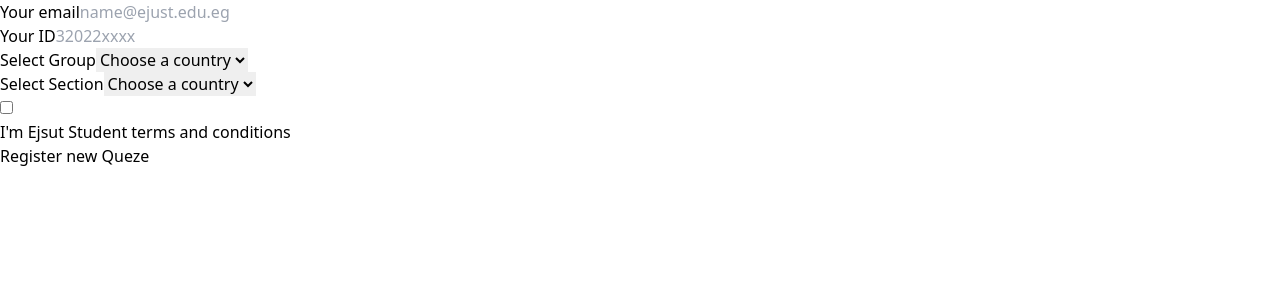
Repository: AbdalrahmanEldeep/FIBOTIC
Page: /
An editor plug-in stored every save of this project. The page is shown before and after the next save, followed by the edit.
The browser window is 1280 px wide. The pictures show the whole page.
The project was rebuilt for these pictures with package versions that can differ from the ones it lists, and the page was loaded fresh each time. Also part of the build but not shown: vite.config.js, src/pages/protecter.jsx, src/pages/exame.jsx.

Above is the page before, as saved 2023-01-06 22:35:58.

### index.html
<!DOCTYPE html>
<html lang="en">
  <head>
    <meta charset="UTF-8" />
    <link rel="icon" type="image/svg+xml" href="/vite.svg" />
    <meta name="viewport" content="width=device-width, initial-scale=1.0" />
    <title>FIBO</title>
    <!-- Tailwindcss -->
    <link rel="stylesheet" href="/src/global/app.css">
  </head>
  <body>
    <div id="root"></div>
    <script type="module" src="/src/main.jsx"></script>
  </body>
</html>

### src/global/app.css
/*
! tailwindcss v3.2.4 | MIT License | https://tailwindcss.com
*/

/*
1. Prevent padding and border from affecting element width. (https://github.com/mozdevs/cssremedy/issues/4)
2. Allow adding a border to an element by just adding a border-width. (https://github.com/tailwindcss/tailwindcss/pull/116)
*/

*,
::before,
::after {
  box-sizing: border-box;
  /* 1 */
  border-width: 0;
  /* 2 */
  border-style: solid;
  /* 2 */
  border-color: #e5e7eb;
  /* 2 */
}

::before,
::after {
  --tw-content: '';
}

/*
1. Use a consistent sensible line-height in all browsers.
2. Prevent adjustments of font size after orientation changes in iOS.
3. Use a more readable tab size.
4. Use the user's configured `sans` font-family by default.
5. Use the user's configured `sans` font-feature-settings by default.
*/

html {
  line-height: 1.5;
  /* 1 */
  -webkit-text-size-adjust: 100%;
  /* 2 */
  -moz-tab-size: 4;
  /* 3 */
  -o-tab-size: 4;
     tab-size: 4;
  /* 3 */
  font-family: ui-sans-serif, system-ui, -apple-system, BlinkMacSystemFont, "Segoe UI", Roboto, "Helvetica Neue", Arial, "Noto Sans", sans-serif, "Apple Color Emoji", "Segoe UI Emoji", "Segoe UI Symbol", "Noto Color Emoji";
  /* 4 */
  font-feature-settings: normal;
  /* 5 */
}

/*
1. Remove the margin in all browsers.
2. Inherit line-height from `html` so users can set them as a class directly on the `html` element.
*/

body {
  margin: 0;
  /* 1 */
  line-height: inherit;
  /* 2 */
}

/*
1. Add the correct height in Firefox.
2. Correct the inheritance of border color in Firefox. (https://bugzilla.mozilla.org/show_bug.cgi?id=190655)
3. Ensure horizontal rules are visible by default.
*/

hr {
  height: 0;
  /* 1 */
  color: inherit;
  /* 2 */
  border-top-width: 1px;
  /* 3 */
}

/*
Add the correct text decoration in Chrome, Edge, and Safari.
*/

abbr:where([title]) {
  -webkit-text-decoration: underline dotted;
          text-decoration: underline dotted;
}

/*
Remove the default font size and weight for headings.
*/

h1,
h2,
h3,
h4,
h5,
h6 {
  font-size: inherit;
  font-weight: inherit;
}

/*
Reset links to optimize for opt-in styling instead of opt-out.
*/

a {
  color: inherit;
  text-decoration: inherit;
}

/*
Add the correct font weight in Edge and Safari.
*/

b,
strong {
  font-weight: bolder;
}

/*
1. Use the user's configured `mono` font family by default.
2. Correct the odd `em` font sizing in all browsers.
*/

code,
kbd,
samp,
pre {
  font-family: ui-monospace, SFMono-Regular, Menlo, Monaco, Consolas, "Liberation Mono", "Courier New", monospace;
  /* 1 */
  font-size: 1em;
  /* 2 */
}

/*
Add the correct font size in all browsers.
*/

small {
  font-size: 80%;
}

/*
Prevent `sub` and `sup` elements from affecting the line height in all browsers.
*/

sub,
sup {
  font-size: 75%;
  line-height: 0;
  position: relative;
  vertical-align: baseline;
}

sub {
  bottom: -0.25em;
}

sup {
  top: -0.5em;
}

/*
1. Remove text indentation from table contents in Chrome and Safari. (https://bugs.chromium.org/p/chromium/issues/detail?id=999088, https://bugs.webkit.org/show_bug.cgi?id=201297)
2. Correct table border color inheritance in all Chrome and Safari. (https://bugs.chromium.org/p/chromium/issues/detail?id=935729, https://bugs.webkit.org/show_bug.cgi?id=195016)
3. Remove gaps between table borders by default.
*/

table {
  text-indent: 0;
  /* 1 */
  border-color: inherit;
  /* 2 */
  border-collapse: collapse;
  /* 3 */
}

/*
1. Change the font styles in all browsers.
2. Remove the margin in Firefox and Safari.
3. Remove default padding in all browsers.
*/

button,
input,
optgroup,
select,
textarea {
  font-family: inherit;
  /* 1 */
  font-size: 100%;
  /* 1 */
  font-weight: inherit;
  /* 1 */
  line-height: inherit;
  /* 1 */
  color: inherit;
  /* 1 */
  margin: 0;
  /* 2 */
  padding: 0;
  /* 3 */
}

/*
Remove the inheritance of text transform in Edge and Firefox.
*/

button,
select {
  text-transform: none;
}

/*
1. Correct the inability to style clickable types in iOS and Safari.
2. Remove default button styles.
*/

button,
[type='button'],
[type='reset'],
[type='submit'] {
  -webkit-appearance: button;
  /* 1 */
  background-color: transparent;
  /* 2 */
  background-image: none;
  /* 2 */
}

/*
Use the modern Firefox focus style for all focusable elements.
*/

:-moz-focusring {
  outline: auto;
}

/*
Remove the additional `:invalid` styles in Firefox. (https://github.com/mozilla/gecko-dev/blob/2f9eacd9d3d995c937b4251a5557d95d494c9be1/layout/style/res/forms.css#L728-L737)
*/

:-moz-ui-invalid {
  box-shadow: none;
}

/*
Add the correct vertical alignment in Chrome and Firefox.
*/

progress {
  vertical-align: baseline;
}

/*
Correct the cursor style of increment and decrement buttons in Safari.
*/

::-webkit-inner-spin-button,
::-webkit-outer-spin-button {
  height: auto;
}

/*
1. Correct the odd appearance in Chrome and Safari.
2. Correct the outline style in Safari.
*/

[type='search'] {
  -webkit-appearance: textfield;
  /* 1 */
  outline-offset: -2px;
  /* 2 */
}

/*
Remove the inner padding in Chrome and Safari on macOS.
*/

::-webkit-search-decoration {
  -webkit-appearance: none;
}

/*
1. Correct the inability to style clickable types in iOS and Safari.
2. Change font properties to `inherit` in Safari.
*/

::-webkit-file-upload-button {
  -webkit-appearance: button;
  /* 1 */
  font: inherit;
  /* 2 */
}

/*
Add the correct display in Chrome and Safari.
*/

summary {
  display: list-item;
}

/*
Removes the default spacing and border for appropriate elements.
*/

blockquote,
dl,
dd,
h1,
h2,
h3,
h4,
h5,
h6,
hr,
figure,
p,
pre {
  margin: 0;
}

fieldset {
  margin: 0;
  padding: 0;
}

legend {
  padding: 0;
}

ol,
ul,
menu {
  list-style: none;
  margin: 0;
  padding: 0;
}

/*
Prevent resizing textareas horizontally by default.
*/

textarea {
  resize: vertical;
}

/*
1. Reset the default placeholder opacity in Firefox. (https://github.com/tailwindlabs/tailwindcss/issues/3300)
2. Set the default placeholder color to the user's configured gray 400 color.
*/

input::-moz-placeholder, textarea::-moz-placeholder {
  opacity: 1;
  /* 1 */
  color: #9ca3af;
  /* 2 */
}

input::placeholder,
textarea::placeholder {
  opacity: 1;
  /* 1 */
  color: #9ca3af;
  /* 2 */
}

/*
Set the default cursor for buttons.
*/

button,
[role="button"] {
  cursor: pointer;
}

/*
Make sure disabled buttons don't get the pointer cursor.
*/

:disabled {
  cursor: default;
}

/*
1. Make replaced elements `display: block` by default. (https://github.com/mozdevs/cssremedy/issues/14)
2. Add `vertical-align: middle` to align replaced elements more sensibly by default. (https://github.com/jensimmons/cssremedy/issues/14#issuecomment-634934210)
   This can trigger a poorly considered lint error in some tools but is included by design.
*/

img,
svg,
video,
canvas,
audio,
iframe,
embed,
object {
  display: block;
  /* 1 */
  vertical-align: middle;
  /* 2 */
}

/*
Constrain images and videos to the parent width and preserve their intrinsic aspect ratio. (https://github.com/mozdevs/cssremedy/issues/14)
*/

img,
video {
  max-width: 100%;
  height: auto;
}

/* Make elements with the HTML hidden attribute stay hidden by default */

[hidden] {
  display: none;
}

*, ::before, ::after {
  --tw-border-spacing-x: 0;
  --tw-border-spacing-y: 0;
  --tw-translate-x: 0;
  --tw-translate-y: 0;
  --tw-rotate: 0;
  --tw-skew-x: 0;
  --tw-skew-y: 0;
  --tw-scale-x: 1;
  --tw-scale-y: 1;
  --tw-pan-x:  ;
  --tw-pan-y:  ;
  --tw-pinch-zoom:  ;
  --tw-scroll-snap-strictness: proximity;
  --tw-ordinal:  ;
  --tw-slashed-zero:  ;
  --tw-numeric-figure:  ;
  --tw-numeric-spacing:  ;
  --tw-numeric-fraction:  ;
  --tw-ring-inset:  ;
  --tw-ring-offset-width: 0px;
  --tw-ring-offset-color: #fff;
  --tw-ring-color: rgb(59 130 246 / 0.5);
  --tw-ring-offset-shadow: 0 0 #0000;
  --tw-ring-shadow: 0 0 #0000;
  --tw-shadow: 0 0 #0000;
  --tw-shadow-colored: 0 0 #0000;
  --tw-blur:  ;
  --tw-brightness:  ;
  --tw-contrast:  ;
  --tw-grayscale:  ;
  --tw-hue-rotate:  ;
  --tw-invert:  ;
  --tw-saturate:  ;
  --tw-sepia:  ;
  --tw-drop-shadow:  ;
  --tw-backdrop-blur:  ;
  --tw-backdrop-brightness:  ;
  --tw-backdrop-contrast:  ;
  --tw-backdrop-grayscale:  ;
  --tw-backdrop-hue-rotate:  ;
  --tw-backdrop-invert:  ;
  --tw-backdrop-opacity:  ;
  --tw-backdrop-saturate:  ;
  --tw-backdrop-sepia:  ;
}

::backdrop {
  --tw-border-spacing-x: 0;
  --tw-border-spacing-y: 0;
  --tw-translate-x: 0;
  --tw-translate-y: 0;
  --tw-rotate: 0;
  --tw-skew-x: 0;
  --tw-skew-y: 0;
  --tw-scale-x: 1;
  --tw-scale-y: 1;
  --tw-pan-x:  ;
  --tw-pan-y:  ;
  --tw-pinch-zoom:  ;
  --tw-scroll-snap-strictness: proximity;
  --tw-ordinal:  ;
  --tw-slashed-zero:  ;
  --tw-numeric-figure:  ;
  --tw-numeric-spacing:  ;
  --tw-numeric-fraction:  ;
  --tw-ring-inset:  ;
  --tw-ring-offset-width: 0px;
  --tw-ring-offset-color: #fff;
  --tw-ring-color: rgb(59 130 246 / 0.5);
  --tw-ring-offset-shadow: 0 0 #0000;
  --tw-ring-shadow: 0 0 #0000;
  --tw-shadow: 0 0 #0000;
  --tw-shadow-colored: 0 0 #0000;
  --tw-blur:  ;
  --tw-brightness:  ;
  --tw-contrast:  ;
  --tw-grayscale:  ;
  --tw-hue-rotate:  ;
  --tw-invert:  ;
  --tw-saturate:  ;
  --tw-sepia:  ;
  --tw-drop-shadow:  ;
  --tw-backdrop-blur:  ;
  --tw-backdrop-brightness:  ;
  --tw-backdrop-contrast:  ;
  --tw-backdrop-grayscale:  ;
  --tw-backdrop-hue-rotate:  ;
  --tw-backdrop-invert:  ;
  --tw-backdrop-opacity:  ;
  --tw-backdrop-saturate:  ;
  --tw-backdrop-sepia:  ;
}

### src/main.jsx
import ReactDOM  from "react-dom/client";
import { Root } from "./router/Root";
import 'flowbite';

const root = ReactDOM.createRoot(document.querySelector("#root"));

root.render(
  <Root/>
)

### src/router/Root.jsx
import React from 'react'
import { BrowserRouter, Route, Routes } from 'react-router-dom'
import Home from '../pages/home'
import Protecter from '../pages/protecter'
import Aboute from '../pages/exame'

export const Root = () => {
  return (
    <BrowserRouter>
        <Routes>
            <Route path="/" element={<Protecter statuse={true}><Home/></Protecter>}/>
            <Route path="/exame" element={<Protecter statuse={true}><Aboute/></Protecter>}/>
        </Routes>
    </BrowserRouter>
  )
}

### src/pages/home.jsx
import React from 'react'
import { Form } from '../components/Form'

export default function Home() {
  return (
    <>
      <Form/>
    </>
  )
}

### src/components/Form.jsx
import React from 'react'

export const Form = () => {
  return (

        <form>
            <div className="mb-6">
                <label htmlFor="email" className="block mb-2 text-sm font-medium text-gray-900 dark:text-white">Your email</label>
                <input type="email" id="email" className="shadow-sm bg-gray-50 border border-gray-300 text-gray-900 text-sm rounded focus:ring-blue-500 focus:border-blue-500 block w-full p-2.5 dark:bg-gray-700 dark:border-gray-600 dark:placeholder-gray-400 dark:text-white dark:focus:ring-blue-500 dark:focus:border-blue-500 dark:shadow-sm-light" placeholder="name@ejust.edu.eg" required />
            </div>
            <div className="mb-6">
                <label htmlFor="stdid" className="block mb-2 text-sm font-medium text-gray-900 dark:text-white">Your ID</label>
                <input type="text" id="stdid" placeholder='32022xxxx' className="shadow-sm bg-gray-50 border border-gray-300 text-gray-900 text-sm rounded focus:ring-blue-500 focus:border-blue-500 block w-full p-2.5 dark:bg-gray-700 dark:border-gray-600 dark:placeholder-gray-400 dark:text-white dark:focus:ring-blue-500 dark:focus:border-blue-500 dark:shadow-sm-light" required />
            </div>
            <div className="flex flex-col gap-2 items-start mb-6">
                <label for="countries" class="block mb-2 text-sm font-medium text-gray-900 dark:text-white">Select Group</label>
                <select id="countries" class="bg-gray-50 border border-gray-300 text-gray-900 text-sm rounded focus:ring-blue-500 focus:border-blue-500 block w-full p-2.5 dark:bg-gray-700 dark:border-gray-600 dark:placeholder-gray-400 dark:text-white dark:focus:ring-blue-500 dark:focus:border-blue-500">
                    <option selected>Choose a country</option>
                    <option value="US">United States</option>
                    <option value="CA">Canada</option>
                    <option value="FR">France</option>
                    <option value="DE">Germany</option>
                </select>
            </div>
            <div className="flex flex-col gap-2 items-start mb-6">
                <label for="countries" class="block mb-2 text-sm font-medium text-gray-900 dark:text-white">Select Section</label>
                <select id="countries" class="bg-gray-50 border border-gray-300 text-gray-900 text-sm rounded focus:ring-blue-500 focus:border-blue-500 block w-full p-2.5 dark:bg-gray-700 dark:border-gray-600 dark:placeholder-gray-400 dark:text-white dark:focus:ring-blue-500 dark:focus:border-blue-500">
                    <option selected>Choose a country</option>
                    <option value="US">United States</option>
                    <option value="CA">Canada</option>
                    <option value="FR">France</option>
                    <option value="DE">Germany</option>
                </select>
            </div>
            <div className="flex items-start mb-6">
                <div className="flex items-center h-5">
                <input id="terms" type="checkbox" value="" className="w-4 h-4 border border-gray-300 rounded bg-gray-50 focus:ring-3 focus:ring-blue-300 dark:bg-gray-700 dark:border-gray-600 dark:focus:ring-blue-600 dark:ring-offset-gray-800" required />
                </div>
                <label htmlFor="terms" className="ml-2 text-sm font-medium text-gray-900 dark:text-gray-300">I'm Ejsut Student  <a href="#" className="text-blue-600 hover:underline dark:text-blue-500">terms and conditions</a></label>
            </div>
            <button type="submit" className="text-white bg-blue-700 hover:bg-blue-800 focus:ring-4 focus:outline-none focus:ring-blue-300 font-medium rounded text-sm px-5 py-2.5 text-center dark:bg-blue-600 dark:hover:bg-blue-700 dark:focus:ring-blue-800">Register new Queze</button>
        </form>


  )
}

After the next save:
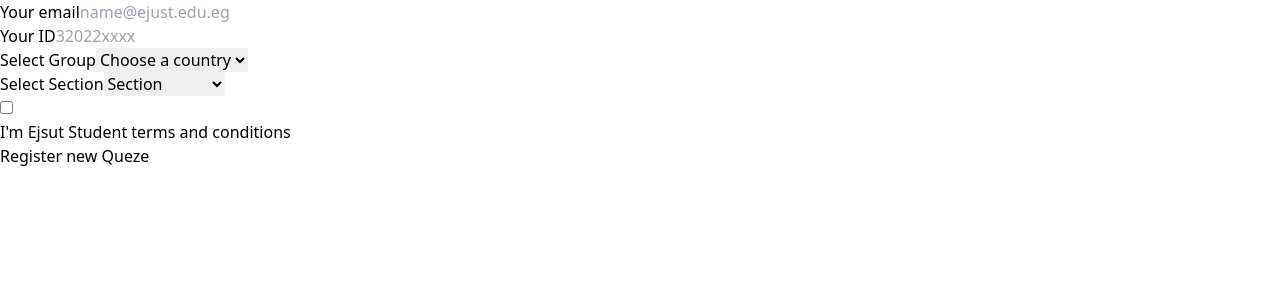
Saved 17 s later.
--- a/src/components/Form.jsx
+++ b/src/components/Form.jsx
@@ -25,7 +25,7 @@ export const Form = () => {
             <div className="flex flex-col gap-2 items-start mb-6">
                 <label for="countries" class="block mb-2 text-sm font-medium text-gray-900 dark:text-white">Select Section</label>
                 <select id="countries" class="bg-gray-50 border border-gray-300 text-gray-900 text-sm rounded focus:ring-blue-500 focus:border-blue-500 block w-full p-2.5 dark:bg-gray-700 dark:border-gray-600 dark:placeholder-gray-400 dark:text-white dark:focus:ring-blue-500 dark:focus:border-blue-500">
-                    <option selected>Choose a country</option>
+                    <option selected>Section</option>
                     <option value="US">United States</option>
                     <option value="CA">Canada</option>
                     <option value="FR">France</option>
